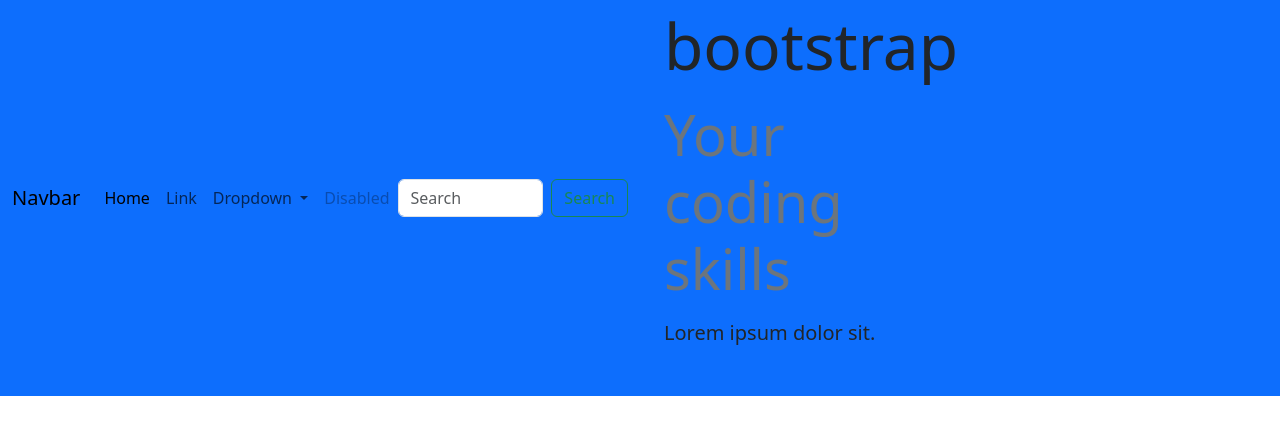
Repository: Riyakashiwala/practical
Page: riya 6th sem/book website.html
An editor plug-in stored every save of this project. The page is shown before and after the next save, followed by the edit.
The browser window is 1280 px wide. The pictures show the whole page.

Above is the page before, as saved 2024-12-11 06:39:24.

After the next save:
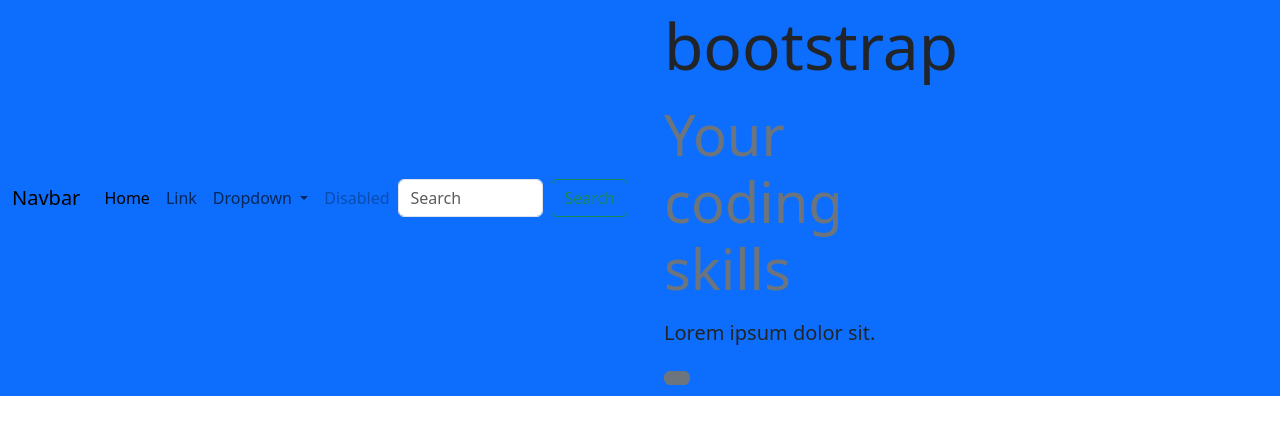
Saved 7 s later.
--- a/riya 6th sem/book website.html
+++ b/riya 6th sem/book website.html
@@ -52,7 +52,7 @@
                         <p class="display-3">bootstrap</p>
                         <p class="display-4 text-secondary">Your coding skills</p>
                         <p class="lead">Lorem ipsum dolor sit.</p>
-                        <button class="btn btn"></button>
+                        <button class="btn btn-secondary"></button>
                     </div>
                 </div>
             </section>
